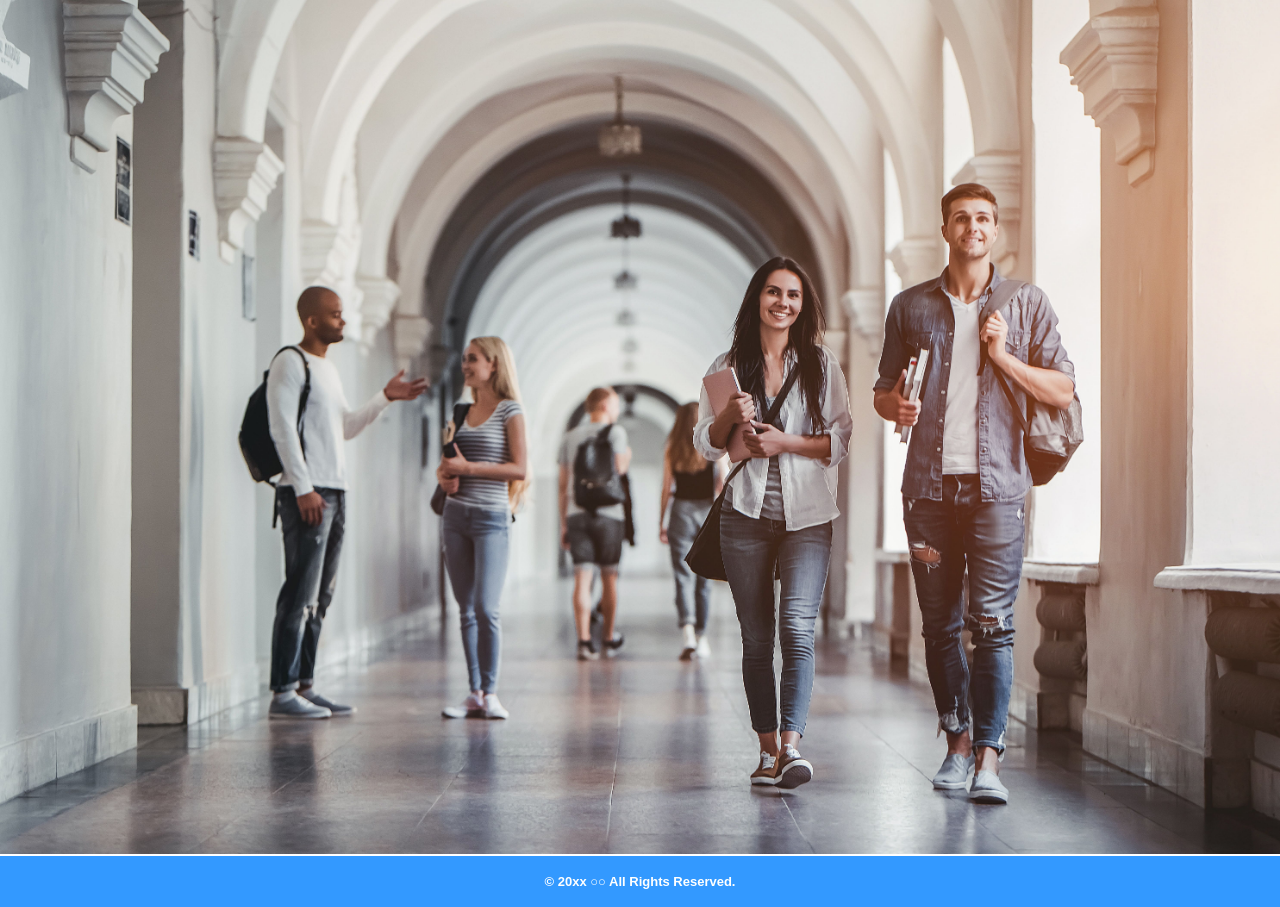
Repository: haruki1008/samurai_HTML-CSS
Page: home.html
The author's editor kept a record of every edit. The page is drawn from the files as they stood at one moment, then again after the next edit.
The browser window is 1280 px wide. The pictures show the whole page.

Above is the page before.

### home.html
<!DOCTYPE html>
<html lang="ja">
    <head>
        <meta charset="UTF-8">
        <title>HTML/CSSの学習</title>
        <link rel="stylesheet" href="stylesheet.css">
    </head>
    <body>
        <div id="header">

            <h1><a href="index.html"><img id="corridor" src="images/corridor.jpg" alt="大学の廊下" /></a></h1>
        </div>
        <div id="wrapper">
        </div>
                <div id="footer">
            <p>&copy; 20xx ○○ All Rights Reserved.</p>
        </div>
    </body>
</html>

### stylesheet.css
@charset "utf-8";

body {
	margin: 0;
	padding: 0;
	font-family: "ヒラギノ角ゴ Pro W3", "Hiragino Kaku Gothic Pro", "メイリオ", Meiryo, Osaka, "ＭＳ Ｐゴシック", "MS PGothic", sans-serif;
	color: #333;
	font-size: 13px;
	line-height: 150%;
}

/* -------------------- wrapper -------------------- */
#wrapper {
	width: 100%;
	margin: auto;
	padding: 0px;
	border: 0px;
	background-color: #FFF;
	top: 10px;
	position: relative;
}
/* -------------------- header -------------------- */
 #header {
 	width: 100%;
 }
 #header h1 {
 	 margin: 0;
	 padding: 0;
 }

 #corridor {
	 width: 100%;
	 height: auto;
 }

 /* -------------------- footer -------------------- */
 #footer {
 	 clear: both;
 	 width: 100%;
 	 padding: 3px 0 3px 0;
 	 background: #39F;
 	 color: #FFF;
 	 font-weight: bold;
 	 text-align: center;
 }
 /* -------------------- nav -------------------- */
 #nav{
 	width: 100%;
 }
 #nav ul {
	 margin: 0;
	 padding: 0;
	 list-style-type: none;
 }
 #nav ul li {
	 float: left;
	 width: 20%;
	 text-align: center;
 }
 #nav ul li a {
	 display: block;
	 height: 20px;
	 margin: 0;
	 padding: 10px;
	 color: #FFF;+	 font-size: 20px;
	 text-decoration: none;
	 background-color: green;
    border-left: 1px solid white;
 }
  /* -------------------- container -------------------- */
 #container {
	 width: 100%;
	 margin: auto ;
	 padding: auto;
	 padding-top: 20px;
	 clear: both;
 }
 /* -------------------- main -------------------- */
 #main {
	 float: left;
	 width: 60%;
	 padding: 10px 30px 10px 10px;
 }
 #main h2 {
	 margin: 0 0 10px 0;
	 padding: 3px 10px 3px 10px;
	 color: #FFF;
	 font-size: 16px;
border-left: solid 10px #C00;
	 background: #F90 url(../images/main_h2.jpg) right top repeat-y;
 }
 #main p {
	 margin: 0;
	 padding: 0;
 }
 #main .post {
	 margin: 0 0 30px 0;
 }

 #main .post img.right {
	 margin: 0 0 0 8px;
 }
 #main .post img.left {
	 margin: 0 8px 0 0;
 }

 .right {
	 float: right;
	 width: 40%;
	 height: auto;
 }
 .left {
	 float: left;
	 width: 40%;
	 height: auto;
 }

 /* -------------------- clearfix -------------------- */
 .clearfix {
	 zoom: 1;
 }
+ .clearfix:after{
+	 content: "";
+	 display: block;
+	 clear: both;
+ }

After the next edit:
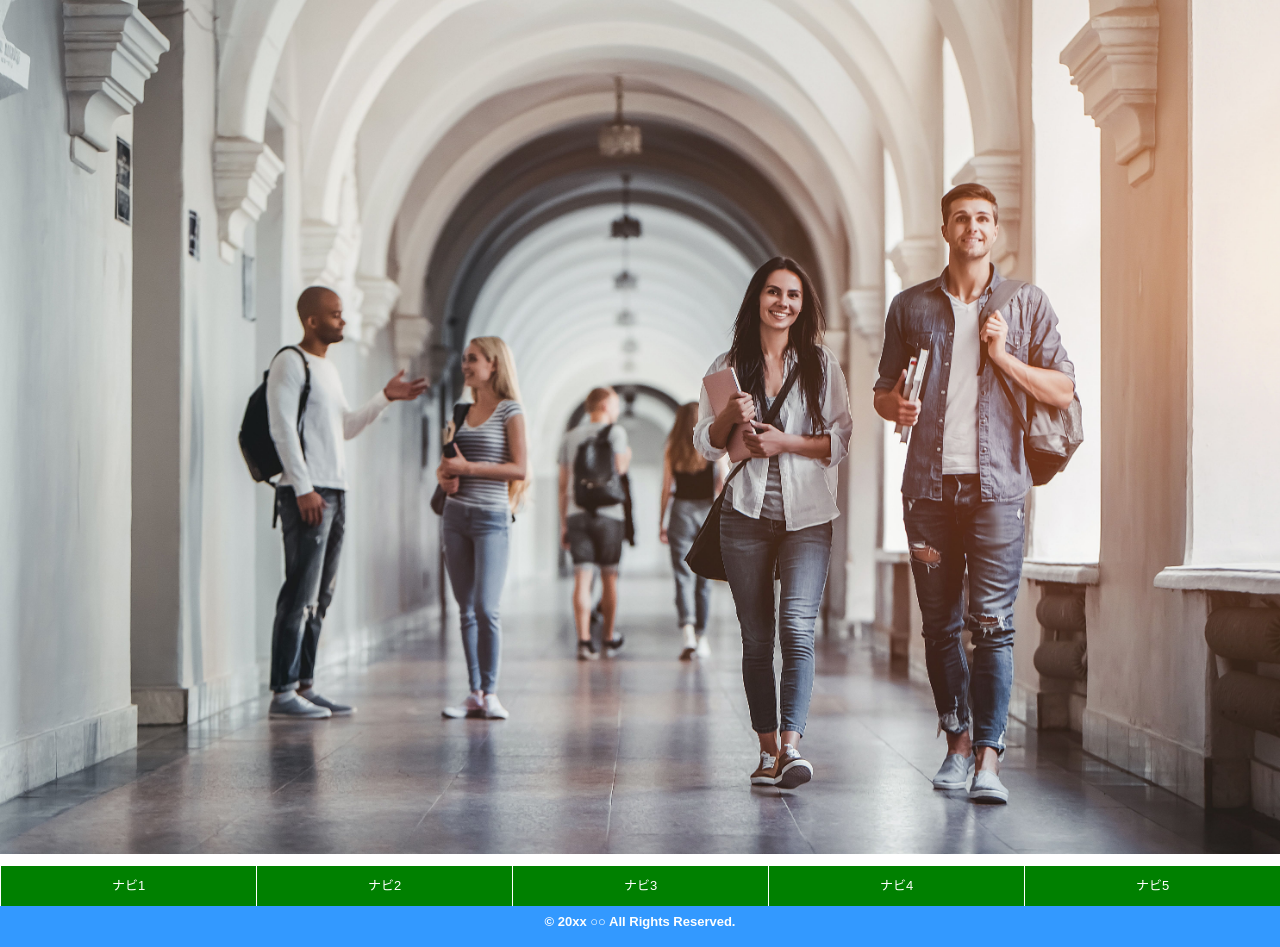
The edit:
--- a/home.html
+++ b/home.html
@@ -11,6 +11,16 @@
             <h1><a href="index.html"><img id="corridor" src="images/corridor.jpg" alt="大学の廊下" /></a></h1>
         </div>
         <div id="wrapper">
+            <div id="nav">
+                <ul>
+                    <li><a href="home.html">ナビ1</a></li>
+                     <li><a href="#">ナビ2</a></li>
+                     <li><a href="#">ナビ3</a></li>
+                     <li><a href="#">ナビ4</a></li>
+                     <li><a href="#">ナビ5</a></li>
+
+                </ul>
+            </div>
         </div>
                 <div id="footer">
             <p>&copy; 20xx ○○ All Rights Reserved.</p>
